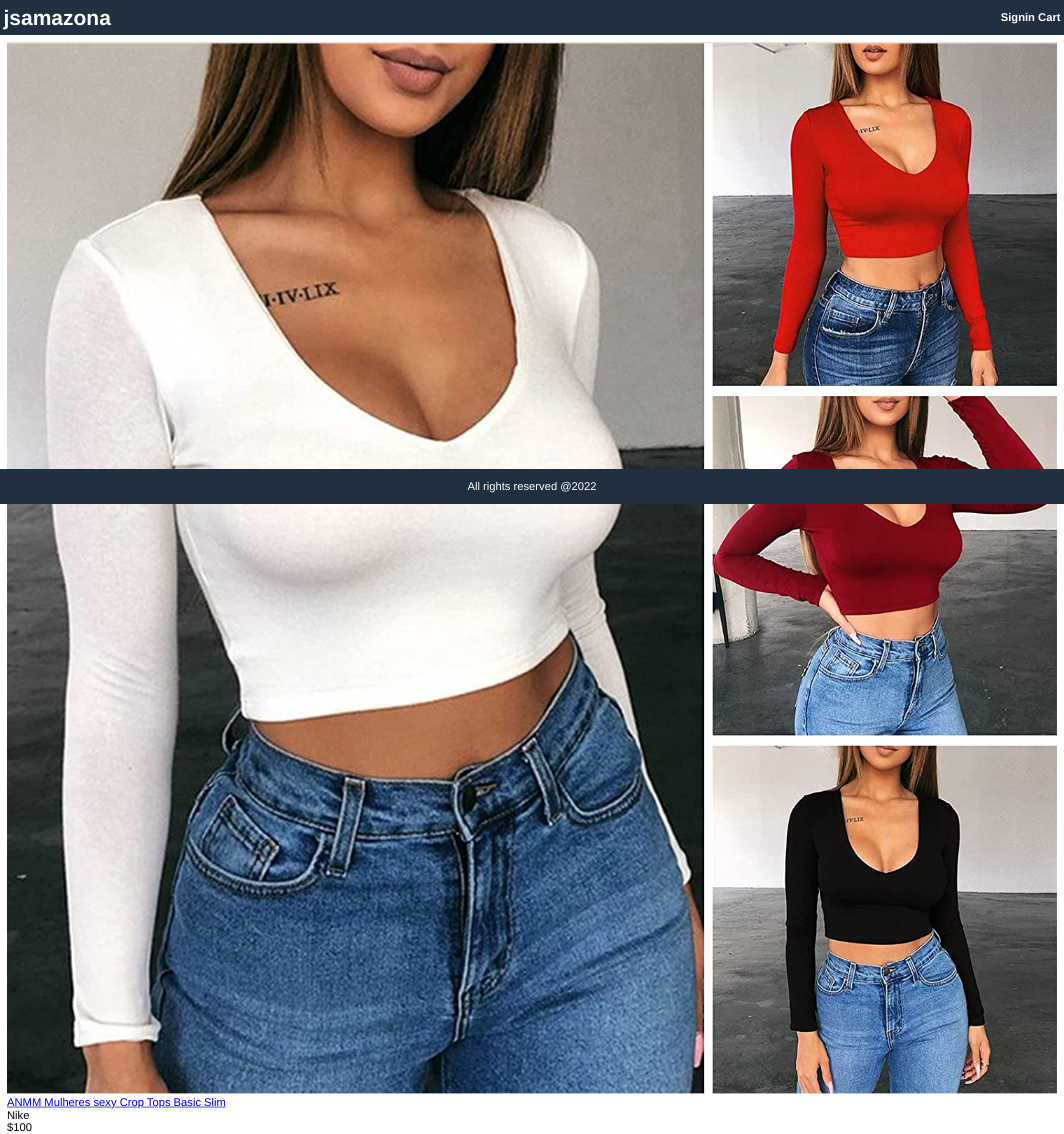
Repository: Mardoqueu/ecommerce-website
Page: jsamazona/frontend/src/index.html
An editor plug-in stored every save of this project. The page is shown before and after the next save, followed by the edit.
The browser window is 1280 px wide. The page is 1520 px wide, then 1280 px, so the pictures cover 1520 px, including what lies to the right of the window. The pictures show the whole page, at 70% of full size.

Above is the page before, as saved 2022-09-12 10:23:19.

### jsamazona/frontend/src/index.html
<!DOCTYPE html>
<html lang="en">
  <head>
    <meta charset="UTF-8" />
    <meta http-equiv="X-UA-Compatible" content="IE=edge" />
    <meta name="viewport" content="width=device-width, initial-scale=1.0" />
    <link rel="stylesheet" href="style.css" />
    <title>JS Amazona</title>
  </head>
  <body>
    <div class="grid-container">
      <header>
        <div class="brand">
          <a href="/#/">jsamazona</a>
        </div>
        <div>
          <a href="/#/signin">Signin</a>
          <a href="/#/cart">Cart</a>
        </div>
      </header>
      <main>
        <div>
          <ul class="products">
            <li>
              <div class="product">
                <a href="/#/products/1">
                  <img src="images/product-1.jpg" alt="product 1" />
                </a>
                <div class="product-name">
                  <a href="/#/products/1">
                    ANMM Mulheres sexy Crop Tops Basic Slim
                  </a>
                </div>
                <div class="product-brand">Nike</div>
                <div class="product-price">$100</div>
              </div>
            </li>
          </ul>
        </div>
      </main>
      <footer>All rights reserved @2022</footer>
    </div>
  </body>
</html>

### jsamazona/frontend/src/style.css
* {
    box-sizing: border-box;
  }
  html {
    font-size: 62.5%; /* 16px * 62.5 = 10px = 1rem */
  }
  body {
    height: 100vh;
    font: 1.6rem Helvetica, Arial;
    margin: 0;
  }
  .grid-container {
    display: grid;
    grid-template-areas:
      'header'
      'main'
      'footer';
    grid-template-columns: 1fr;
    grid-template-rows: 5rem 1fr 5rem;
    height: 100%;
  }

  header {
    grid-area: header;
    background-color: #203040;
    color: #ffffff;
    display: flex;
    justify-content: space-between;
    align-items: center;
    padding: 0.5rem;
  }
  header a {
    color: #ffffff;
    font-weight: bold;
    text-decoration: none;
  }
  header a:hover {
    color: #f08040;
  }

  .brand a {
    font-size: 3rem;
  }

  footer {
    background-color: #203040;
    display: flex;
    justify-content: center;
    align-items: center;
    color: #ffffff;
  }

/* Products */
.products {
    display: flex;
    flex-wrap: wrap;
    list-style-type: none;
    padding: 0;
    margin: 0;
    justify-content: center;
  }

  .products li {
    flex: 0 1 30rem;
    margin: 1rem;
    margin-bottom: 0;
    height: 42rem;
    border-top: 0.2rem #e0e0e0 solid;
  }
  .product {
    display: flex;
    flex-direction: column;
    justify-content: space-around;
    height: 100%;
  }

After the next save:
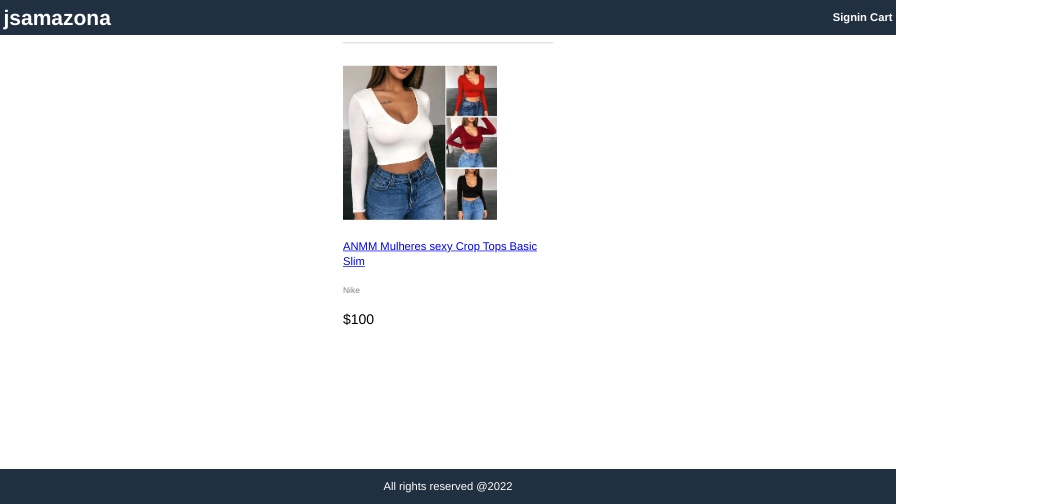
Saved 13 s later.
--- a/jsamazona/frontend/src/style.css
+++ b/jsamazona/frontend/src/style.css
@@ -59,7 +59,6 @@
     margin: 0;
     justify-content: center;
   }
-
   .products li {
     flex: 0 1 30rem;
     margin: 1rem;
@@ -73,3 +72,21 @@
     justify-content: space-around;
     height: 100%;
   }
+  .product img {
+    max-height: 26rem;
+    max-width: 22rem;
+    margin-top: 2rem;
+  }
+  .product-name {
+    line-height: 2.2rem;
+  }
+  .product-brand {
+    font-size: 1.2rem;
+    color: #808080;
+  }
+  .product-price {
+    font-size: 2rem;
+  }
+  .product-price span {
+    font-size: 1.2rem;
+  }
